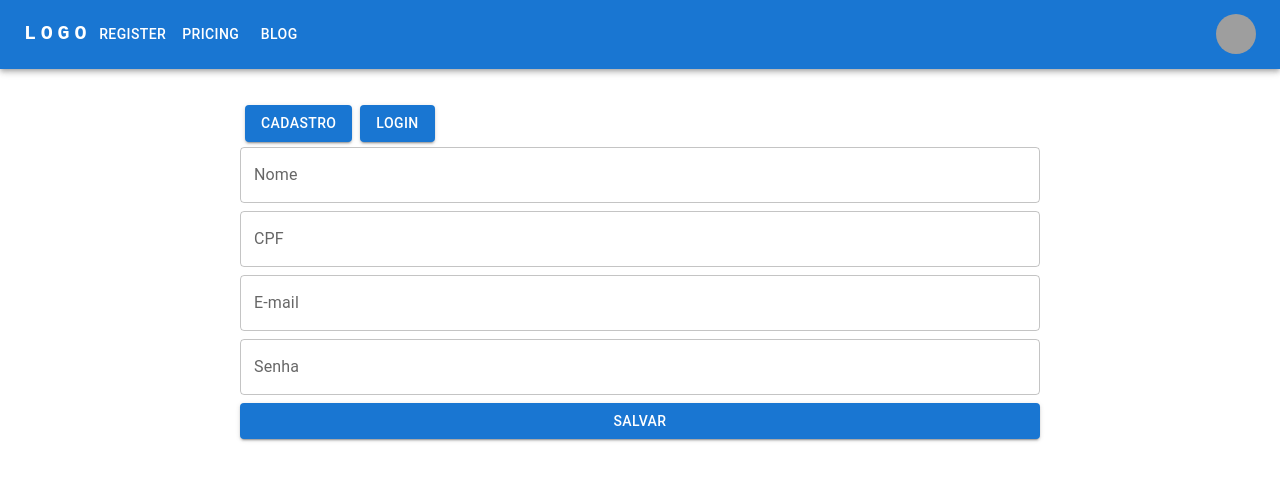
Repository: GabrielLeao02/sistema-react
Page: /register
These files come from the project's save history. The page is drawn as it stood at one moment and after the next save; the edit follows.
The browser window is 1280 px wide. The pictures show the whole page.
Pictures or frames that could not be fetched are drawn as grey boxes. The project was rebuilt for these pictures with package versions that can differ from the ones it lists, and the page was loaded fresh each time. Also part of the build but not shown: src/presenter/home/home.tsx.

Above is the page before, as saved 2023-07-24 15:09:35.

After the next save:
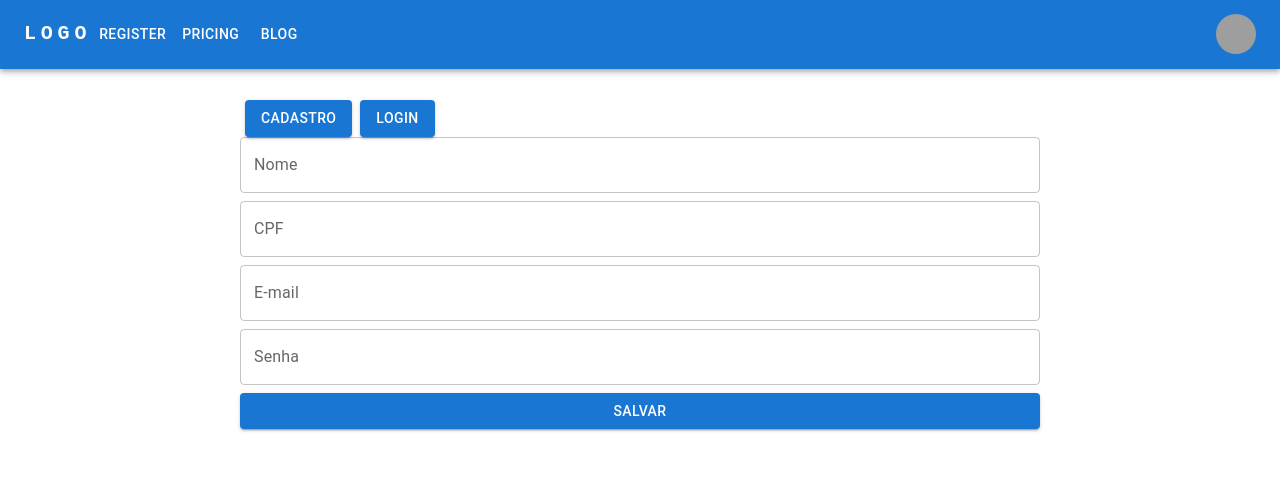
Saved 11 s later.
--- a/src/presenter/register/register.tsx
+++ b/src/presenter/register/register.tsx
@@ -29,7 +29,7 @@ function Register() {
         <>
 
             <ContainerStyled>
-                <div style={{display:'flex', gap:'8px', margin: '5px'}}>
+                <div style={{display:'flex', gap:'8px', margin: '0px 5px'}}>
                     <Button variant="contained">Cadastro</Button>
                     <Button variant="contained">Login</Button>
                 </div>
